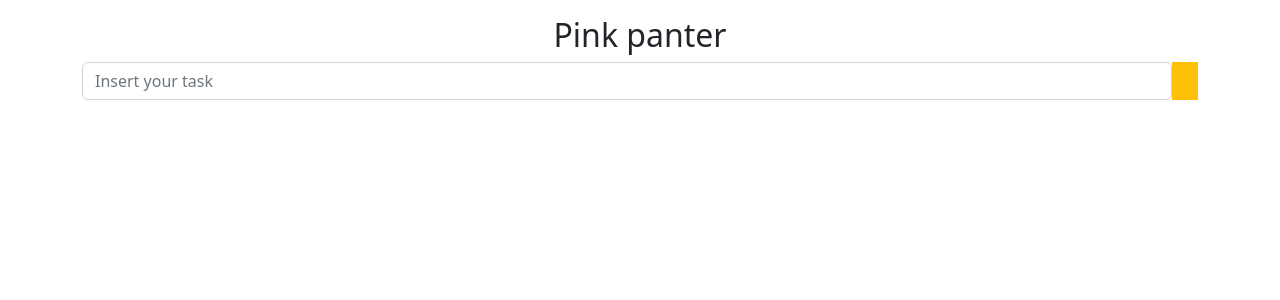
Repository: Wladomax/todo-vue
Page: /
These files come from the project's save history. The page is drawn as it stood at one moment and after the next save; the edit follows.
The browser window is 1280 px wide. The pictures show the whole page.
The project was rebuilt for these pictures with package versions that can differ from the ones it lists, and the page was loaded fresh each time. Also part of the build but not shown: vue.config.js.

Above is the page before, as saved 2023-01-01 11:35:04.

### src/main.js
import { createApp } from "vue";
import App from "./App.vue";
import "bootstrap/dist/css/bootstrap.min.css";

createApp(App).mount("#app");

### src/App.vue
<template>
  <div>
    <ToDo></ToDo>
  </div>
</template>

<script>
import ToDo from "./components/ToDo.vue";

export default {
  name: "App",
  components: {
    ToDo,
  },
};
</script>

<style></style>

### src/components/ToDo.vue
<template>
  <div class="container">
    <h2 class="text-center mt-3">Pink panter</h2>
    <div class="d-flex">
      <input type="text" placeholder="Insert your task" class="form-control" />
      <button class="btn btn-warning rounded-0"></button>
    </div>
  </div>
</template>

<script>
export default {
  name: "ToDo",
  props: {
    msg: String,
  },
};
</script>

<style scoped></style>

Loaded but not shown: public/index.html (common file)

After the next save:
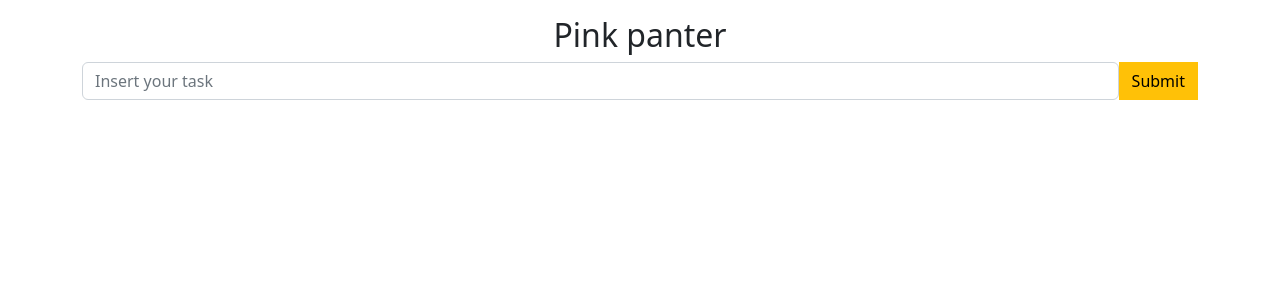
Saved 11 s later.
--- a/src/components/ToDo.vue
+++ b/src/components/ToDo.vue
@@ -3,7 +3,7 @@
     <h2 class="text-center mt-3">Pink panter</h2>
     <div class="d-flex">
       <input type="text" placeholder="Insert your task" class="form-control" />
-      <button class="btn btn-warning rounded-0"></button>
+      <button class="btn btn-warning rounded-0">Submit</button>
     </div>
   </div>
 </template>
